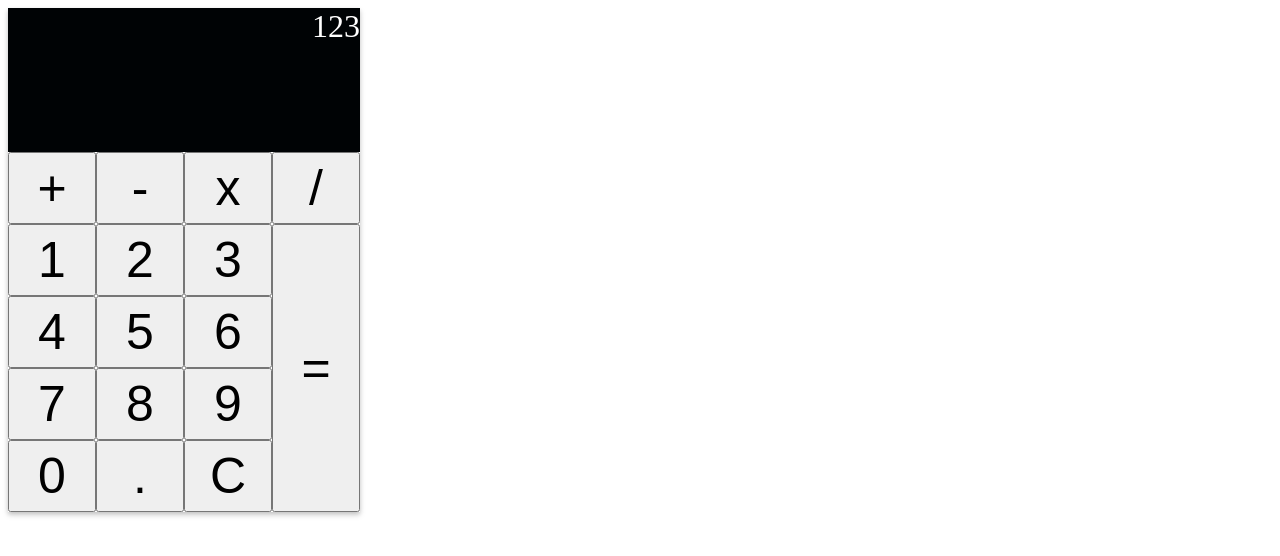
Repository: TEazy2433/LAB-calculator
Page: index.html
These files come from the project's save history. The page is drawn as it stood at one moment and after the next save; the edit follows.
The browser window is 1280 px wide. The pictures show the whole page.

Above is the page before, as saved 2023-10-14 10:25:14.

### index.html
<!DOCTYPE html>
<html lang="en">
<head>
  <meta charset="UTF-8">
  <meta name="viewport" content="width=device-width, initial-scale=1.0">
  <title>calculator</title>
  <link rel="stylesheet" href="main.css">


</head>
<body>
  <div class="calculator">
    <div class="display">123</div>
    <div class="calculator_keys">
      <button class="calculator_key key--operator">+</button>
      <button class="calculator_key key--operator">-</button>
      <button class="calculator_key key--operator">x</button>
      <button class="calculator_key key--operator">/</button>
      <button class="calculator_key">1</button>
      <button class="calculator_key">2</button>
      <button class="calculator_key">3</button>
      <button class="calculator_key">4</button>
      <button class="calculator_key">5</button>
      <button class="calculator_key">6</button>
      <button class="calculator_key">7</button>
      <button class="calculator_key">8</button>
      <button class="calculator_key">9</button>
      <button class="calculator_key">0</button>
      <button class="calculator_key">.</button>
      <button class="calculator_key">C</button>
      <button class="calculator_key key--enter">=</button>
    </div>
  </div>

</body>
</html>

### main.css
.calculator{
  overflow: hidden;
  display: flex;
  flex-wrap: wrap;
  max-inline-size: 22rem;
  box-shadow: 0px 3px 6px 0px rgba(0, 0, 0, 0.15), 0px 2px 4px 0px rgba(0, 0, 0, 0.12);
  width: 800px;
}
.display{
  font-size: 2rem;
  text-align: end;
  background: hsl(210, 100%, 1%);
  color: hsl(255, 100%, 100%);
  width: 100%;
  height: 20vh;
}

.calculator_keys{
  display: grid;
  grid-template-columns: repeat(4,1fr);
  width: 500vh;
  height: 50vh;
  border-color: black;
}
.calculator_key{
  font-size: 50px;

}
.key--operator{

}
.key--enter{
  grid-column: 4 / 5;
  grid-row: 2/ span 4;

}

After the next save:
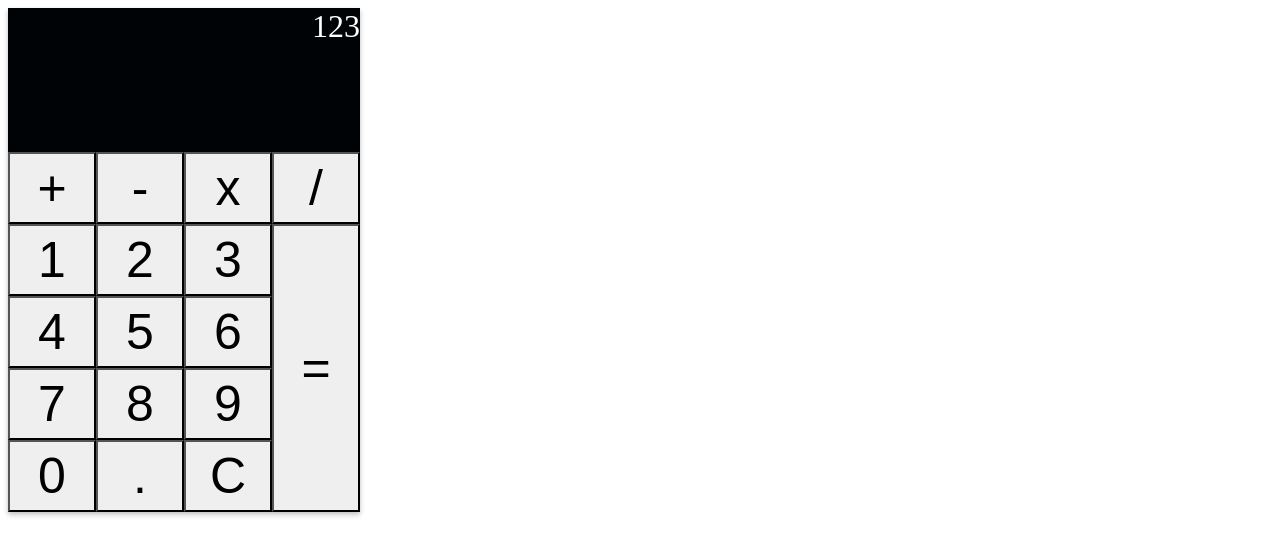
Saved 20 s later.
--- a/main.css
+++ b/main.css
@@ -24,6 +24,7 @@
 }
 .calculator_key{
   font-size: 50px;
+  border-color: black;
 
 }
 .key--operator{
